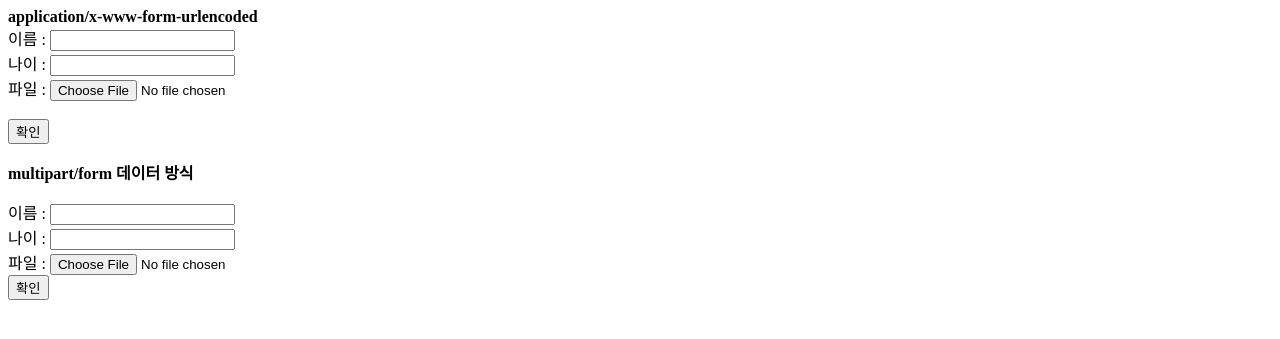
Repository: jjanggu1990/kh_java
Page: http://localhost/JSP_EX/day0401/upload.jsp
The author's editor kept a copy of each file at every save. The page is drawn from the files as they stood at one save, then again after the next save.
The browser window is 1280 px wide. The pictures show the whole page.
The page is served by Tomcat 9. Other server files are loaded and not shown.

Above is the page before, as saved 2016-04-01 06:48:58.

### workspace/JSP_EX/WebContent/day0401/upload.jsp
<%@ page contentType="text/html;charset=UTF-8"%>
<!DOCTYPE html PUBLIC "-//W3C//DTD HTML 4.01 Transitional//EN" "http://www.w3.org/TR/html4/loose.dtd">
<html>
<head>
<title>Insert title here</title>
</head>
<body>
<b>application/x-www-form-urlencoded</b>
<form action="uploadData.jsp" method="post">
이름 : <input type="text" name="name"><br>
나이 : <input type="text" name="age"><br>
파일 : <input type="file" name="report"><br>
<br>
<input type="submit" value="확인">
</form>
<p><b>multipart/form 데이터 방식</b>
<form action="uploadData.jsp" method="post" enctype="multipart/form-data">
이름 : <input type="text" name="name"><br>
나이 : <input type="text" name="age"><br>
파일 : <input type="file" name="report"><br>
<input type="submit" value="확인">
</form>
</body>
</html>

After the next save:
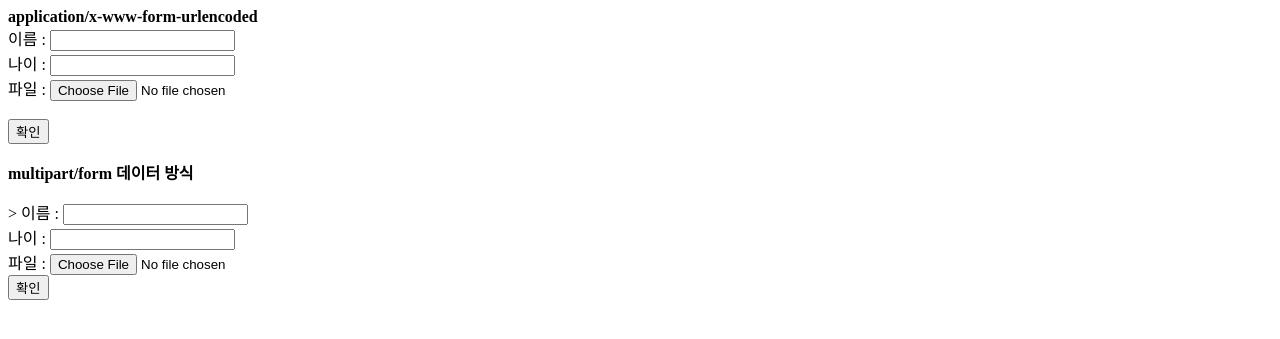
Saved 20 s later.
--- a/workspace/JSP_EX/WebContent/day0401/upload.jsp
+++ b/workspace/JSP_EX/WebContent/day0401/upload.jsp
@@ -14,7 +14,7 @@
 <input type="submit" value="확인">
 </form>
 <p><b>multipart/form 데이터 방식</b>
-<form action="uploadData.jsp" method="post" enctype="multipart/form-data">
+<form action="uploadData.jsp" method="post" <!-- enctype="multipart/form-data" -->>
 이름 : <input type="text" name="name"><br>
 나이 : <input type="text" name="age"><br>
 파일 : <input type="file" name="report"><br>

After the save that followed:
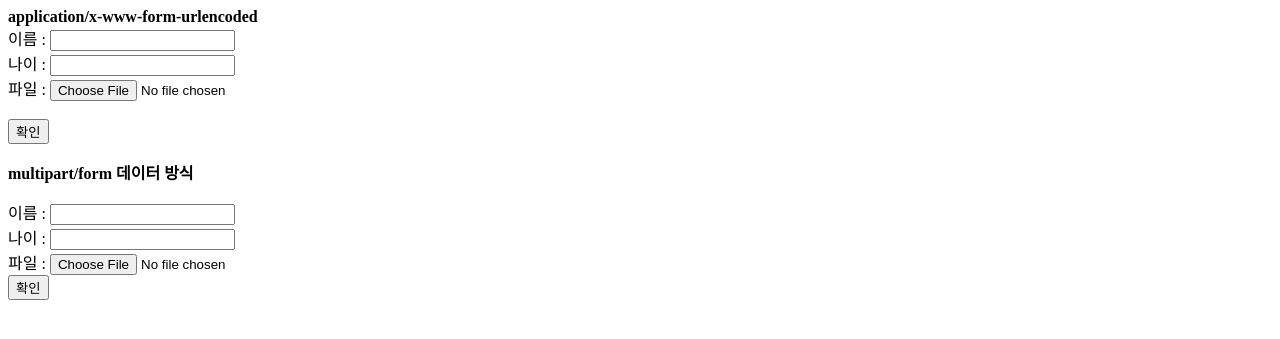
Saved 31 s later.
--- a/workspace/JSP_EX/WebContent/day0401/upload.jsp
+++ b/workspace/JSP_EX/WebContent/day0401/upload.jsp
@@ -14,7 +14,7 @@
 <input type="submit" value="확인">
 </form>
 <p><b>multipart/form 데이터 방식</b>
-<form action="uploadData.jsp" method="post" <!-- enctype="multipart/form-data" -->>
+<form action="uploadData.jsp" method="post"><!--  enctype="multipart/form-data"> -->
 이름 : <input type="text" name="name"><br>
 나이 : <input type="text" name="age"><br>
 파일 : <input type="file" name="report"><br>
